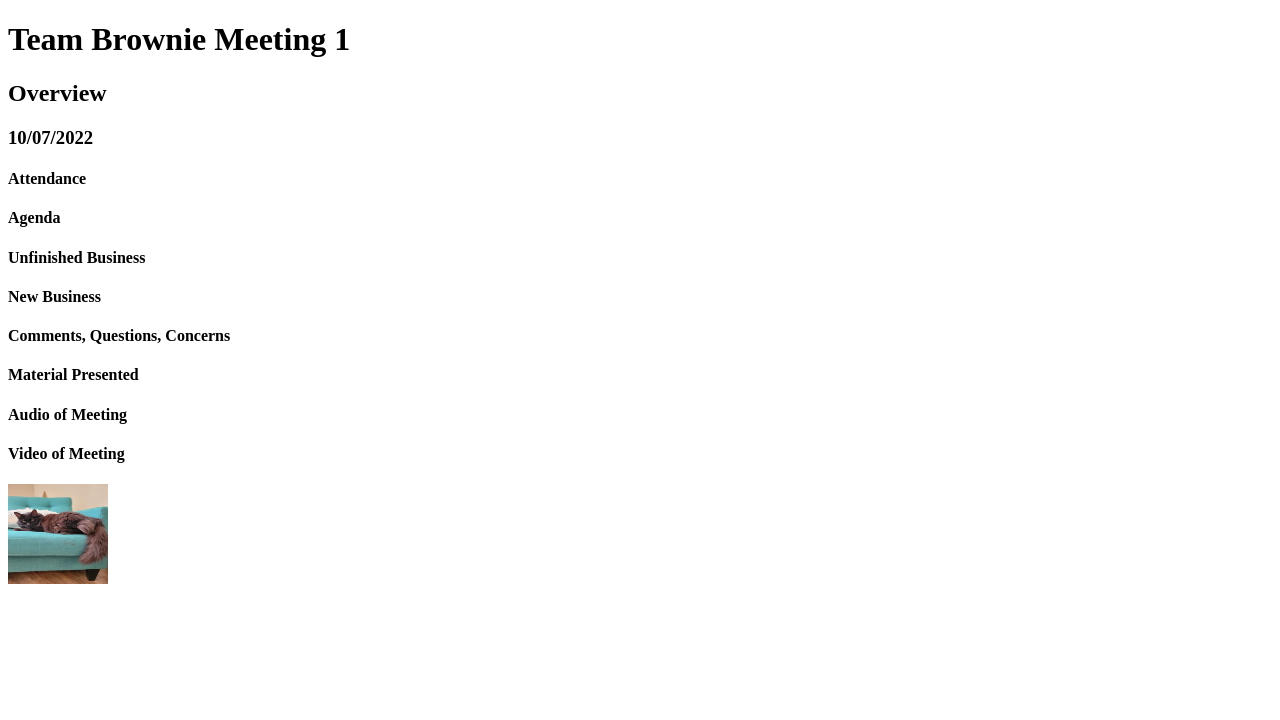
Repository: sarahtthomson/fa22-cse110-lab3
Page: index.html
The author's editor kept a copy of each file at every save. The page is drawn from the files as they stood at one save, then again after the next save.
The browser window is 1280 px wide. The pictures show the whole page.

Above is the page before, as saved 2022-10-07 14:19:37.

After the next save:
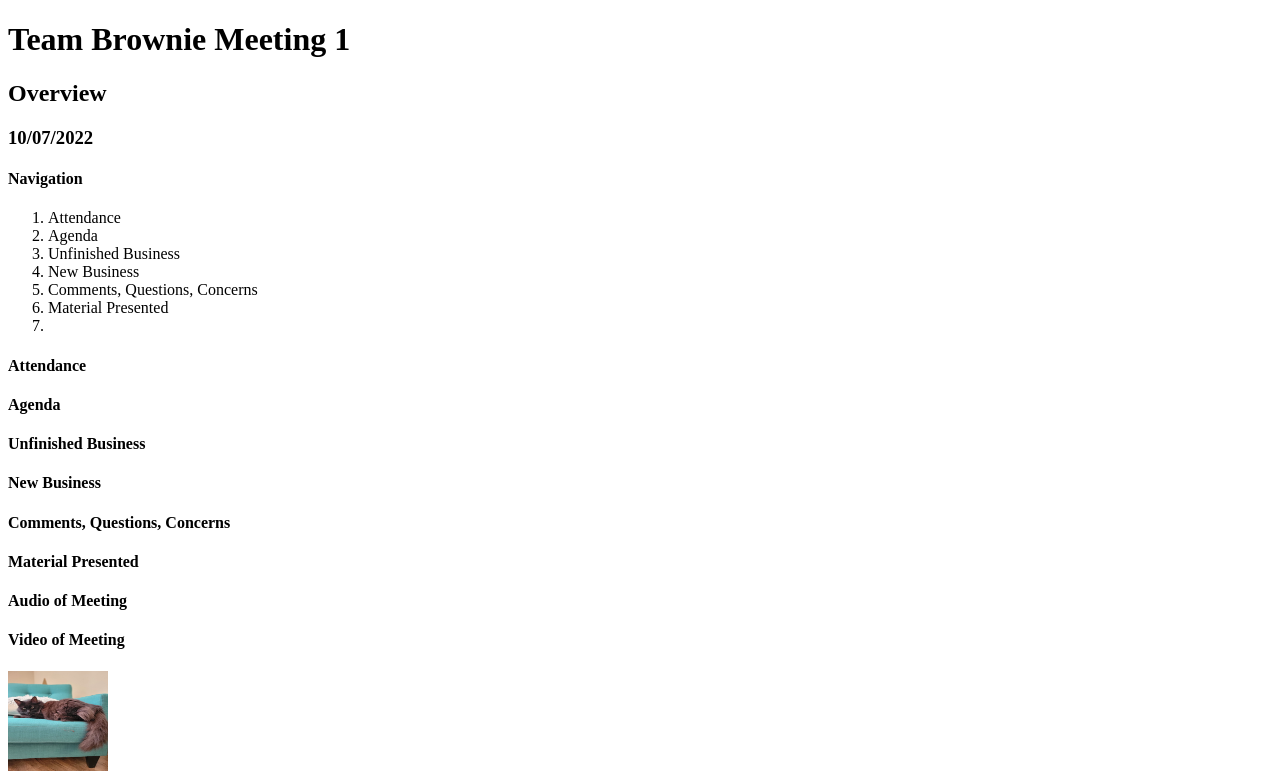
Saved 4 min 26 s later.
--- a/index.html
+++ b/index.html
@@ -12,6 +12,16 @@
             <h3>10/07/2022</h3>
         </header>
         <main>
+            <h4>Navigation</h4>
+            <ol>
+                <li>Attendance</li>
+                <li>Agenda</li>
+                <li>Unfinished Business</li>
+                <li>New Business</li>
+                <li>Comments, Questions, Concerns</li>
+                <li>Material Presented</li>
+                <li></li>
+            </ol>
             <h4>Attendance</h4>
             <h4>Agenda</h4>
             <h4>Unfinished Business</h4>
